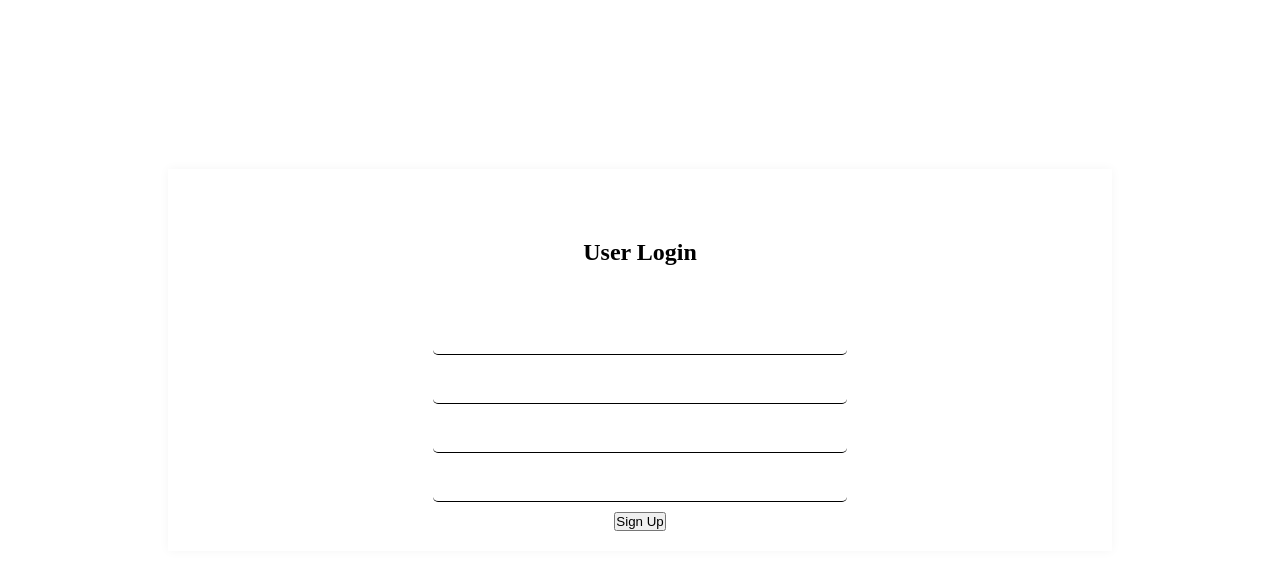
Repository: devSkhandelwal/job-search
Page: /login
These files come from the project's save history. The page is drawn as it stood at one moment and after the next save; the edit follows.
The browser window is 1280 px wide. The pictures show the whole page.
The project was rebuilt for these pictures with package versions that can differ from the ones it lists, and the page was loaded fresh each time. Also part of the build but not shown: src/actions/jobAction.js, src/components/FormElement/ApplyForm.js, src/containers/JobDetailsContainer.js, src/containers/JobFilterContainer.js, src/components/JobItem.js, src/components/JobList.js, src/containers/JobListContainer.js.

Above is the page before, as saved 2021-05-04 09:29:03.

### src/index.js
import React from 'react';
import ReactDOM from 'react-dom';
import './index.css';
import App from './App';
import {Provider} from 'react-redux'
import store from './store';

ReactDOM.render(
    <Provider store={store}>
      <App />
    </Provider>,
  document.getElementById('root')
);

### src/index.css
*{
  margin: 0;
  padding: 0;
  box-sizing: border-box;
}

.container{
  width: 100%;
  padding: 0 50px;
  display: flex;
  flex-direction: column;
  align-items: center;
  justify-content: center;
}

### src/App.js
import {BrowserRouter as Router, Route, Switch} from 'react-router-dom';
import JobDetailsContainer from './containers/JobDetailsContainer';
import JobFilterContainer from './containers/JobFilterContainer';
import JobListContainer from './containers/JobListContainer';
import LoginContainer from './containers/LoginContainer';

function App() {
  return (
    <Router>
      <Switch>
        <Route path="/login" component = {LoginContainer}/>
        <Route path="/job/filter" component={JobFilterContainer}/>
        <Route path="/jobs" component={JobListContainer} />
        <Route path="/job/details/:jobId" component={JobDetailsContainer}/>
      </Switch>
    </Router>
  );
}

export default App;

### src/store.js
import {combineReducers,createStore,applyMiddleware} from 'redux';
import thunk from 'redux-thunk';
import {composeWithDevTools} from 'redux-devtools-extension'
import { userLoginReducer } from './reducers/userReducer';
import { jobDetailsReducer, jobListReducer } from './reducers/jobReducers';


const reducers = combineReducers({
    login:userLoginReducer,
    jobList:jobListReducer,
    jobDetails:jobDetailsReducer
});

const userFromStorage = localStorage.getItem('userInfo') ? JSON.parse(localStorage.getItem('userInfo')) :null

const initialState = {
    login:{userInfo:userFromStorage}
}


const middleware = [thunk]


const store = createStore(
    reducers,
    initialState,
    composeWithDevTools(applyMiddleware(...middleware))
)

export default store;

### src/containers/LoginContainer.js
import React, { useState,useEffect } from 'react';
import {useDispatch,useSelector} from 'react-redux'
import {useHistory} from 'react-router-dom'

import { userLoginAction } from '../actions/userActions';
import Card from '../components/Card/Card';
import './LoginContainer.css'
import Button from '../components/FormElement/Button'
import Input from '../components/FormElement/Input'

const LoginContainer = () => {

    const [name,setName] = useState('');
    const [email,setEmail] = useState('');
    const [password,setPassword] = useState('');
    const [confirmPassword,setConfirmPassword] = useState('');
    const [message,setMessage] = useState('')



    const history = useHistory();
    const dispatch = useDispatch();
    const user = useSelector(state=>state.login);

    const {userInfo,loading,error} = user;
    console.log(user)


    useEffect(()=>{
        if(userInfo){
            history.push('/')
        }
    },[userInfo,history])

    const submitHandler = (e) => {
        e.preventDefault();
        if(name === '' || email ==='' || password === '' || confirmPassword === '' ){
            setMessage('Required all fields')
        }

        if(password === confirmPassword){
            setMessage('Password does not match')
        }

        dispatch(userLoginAction(name,email))



    }

    return (
        <div className="container login__container">
            <Card>
                <h2>User Login </h2>
                <form onSubmit={submitHandler} className="form">
                    <Input
                        element="input"
                        id="name"
                        name="Name"
                        type="text"
                        value={name}
                        onChange={(e)=>setName(e.target.value)}
                    />
                    <Input
                        element="input"
                        id="email"
                        name="Email"
                        type="email"
                        value={email}
                        onChange={(e)=>setEmail(e.target.value)}
                    />
                    <Input
                        element="input"
                        id="password"
                        name="Password"
                        type="password"
                        value={password}
                        onChange={(e)=>setPassword(e.target.value)}
                    />
                    <Input
                        element="input"
                        id="confirmPassword"
                        name="Confirm Password"
                        type="password"
                        value={confirmPassword}
                        onChange={(e)=>setConfirmPassword(e.target.value)}
                    />
                    <Button>
                        Sign Up
                    </Button>
                </form>
            </Card>
        </div>
    )
}

export default LoginContainer

### src/reducers/userReducer.js
import { USER_LOGIN_FAIL, USER_LOGIN_REQUEST, USER_LOGIN_SUCCESS } from "../constants/userConstants";

export const userLoginReducer = (state={},action) => {
    switch(action.type){
        case USER_LOGIN_REQUEST:
            return {
                loading:true
            }
        case USER_LOGIN_SUCCESS:
            return{
                loading:false,
                userInfo:action.payload
            }
        case USER_LOGIN_FAIL:
            return{
                loading:false,
                error:action.payload
            }
        default:
            return state
    }
}

### src/reducers/jobReducers.js
import { JOB_DETAILS_FAIL, JOB_DETAILS_REQUEST, JOB_DETAILS_SUCCESS, JOB_LIST_FAIL, JOB_LIST_REQUEST, JOB_LIST_SUCCESS } from "../constants/jobsConstants";

export const jobListReducer = (state={jobs:[]},action) => {
    switch(action.type){
        case JOB_LIST_REQUEST:
            return {loading:true,jobs:[]};
        case JOB_LIST_SUCCESS:
            return {
                loading:false,
                jobs:action.payload
            }
        case JOB_LIST_FAIL:
            return {
                loading:false,
                error:action.payload
            }
        default:
            return state
    };
};



export const jobDetailsReducer = (state={job:{}},action) => {
    switch(action.type){
        case JOB_DETAILS_REQUEST:
            return {loading:true};
        case JOB_DETAILS_SUCCESS:
            return {
                loading:false,
                job:action.payload
            }
        case JOB_DETAILS_FAIL:
            return {
                loading:false,
                error:action.payload
            }
        default:
            return state
    };
};

### src/components/FormElement/Button.js
import React from 'react';
import './Button.css'

const Button = ({type,varient,children}) => {
    return (
        <>
            <button type={type} className={`button ${varient}`}>
                {children}
            </button>
        </>
    )
}

export default Button

### src/components/FormElement/Input.js
import React from 'react';

import './Input.css'

const Input = ({element,onChange,value,type,name,id}) => {

    const inputElement = element === 'input' ? (
        <input
            id={id}
            name={name}
            type={type}
            value={value}
            onChange={onChange}
        />
    ):null

    return (
        <div className="form-group">
            {inputElement}
        </div>
    )
}

export default Input

### src/actions/userActions.js
import {v4 as uuidV4} from 'uuid';

import { USER_LOGIN_FAIL, USER_LOGIN_REQUEST, USER_LOGIN_SUCCESS } from "../constants/userConstants"

export const userLoginAction = (name,email) => async(dispatch) => {
    try{
        dispatch({
            type:USER_LOGIN_REQUEST
        });

        const user= {
            id:uuidV4(),
            name,
            email
        }

        dispatch({
            type:USER_LOGIN_SUCCESS,
            payload:user
        });

        localStorage.setItem('userInfo',JSON.stringify(user))

    }catch(err){
        dispatch({
            type:USER_LOGIN_FAIL,
            payload:err
        })
    }

}

### src/components/Card/Card.js
import React from 'react';

import './Card.css'

const Card = ({children}) => {
    return (
        <div className="card">
            {children}
        </div>
    )
}

export default Card

### src/containers/LoginContainer.css
.form{
    display: flex;
    flex-direction: column;
    align-items: center;
    width: 100%;
}

.login__container{
    height: 100vh;
}

.login__container h2{
    text-align: center;
    margin: 50px 0;
}

### src/constants/userConstants.js

export const USER_LOGIN_REQUEST = 'USER_LOGIN_REQUEST'
export const USER_LOGIN_SUCCESS = 'USER_LOGIN_SUCCESS';
export const USER_LOGIN_FAIL = 'USER_LOGIN_FAIL';

### src/constants/jobsConstants.js
export const JOB_LIST_REQUEST = "JOB_LIST_REQUEST";
export const JOB_LIST_SUCCESS = "JOB_LIST_SUCCESS";
export const JOB_LIST_FAIL = "JOB_LIST_FAIL";



export const JOB_DETAILS_REQUEST = "JOB_DETAILS_REQUEST";
export const JOB_DETAILS_SUCCESS = "JOB_DETAILS_SUCCESS";
export const JOB_DETAILS_FAIL = "JOB_DETAILS_FAIL";

### src/components/FormElement/Button.css
.button{
    width: ;
}

### src/components/FormElement/Input.css
.form-group{
    width: 70%;
    margin:10px 0;
    display: flex;
    justify-content: center;
}

.form-group input{
    border: none;
    outline: none;
    border-bottom:1px black solid ;
    padding:5px 10px;
    font-size: 16px;
    width: inherit;
    border-radius:5px;

}

### src/components/Card/Card.css
.card{
    width: 80%;
    box-shadow: 0px 0px 10px whitesmoke;
    padding: 20px 50px;

}

.card:hover{
    box-shadow: 0px 0px 30px whitesmoke;
}

Loaded but not shown: public/index.html (common file)

After the next save:
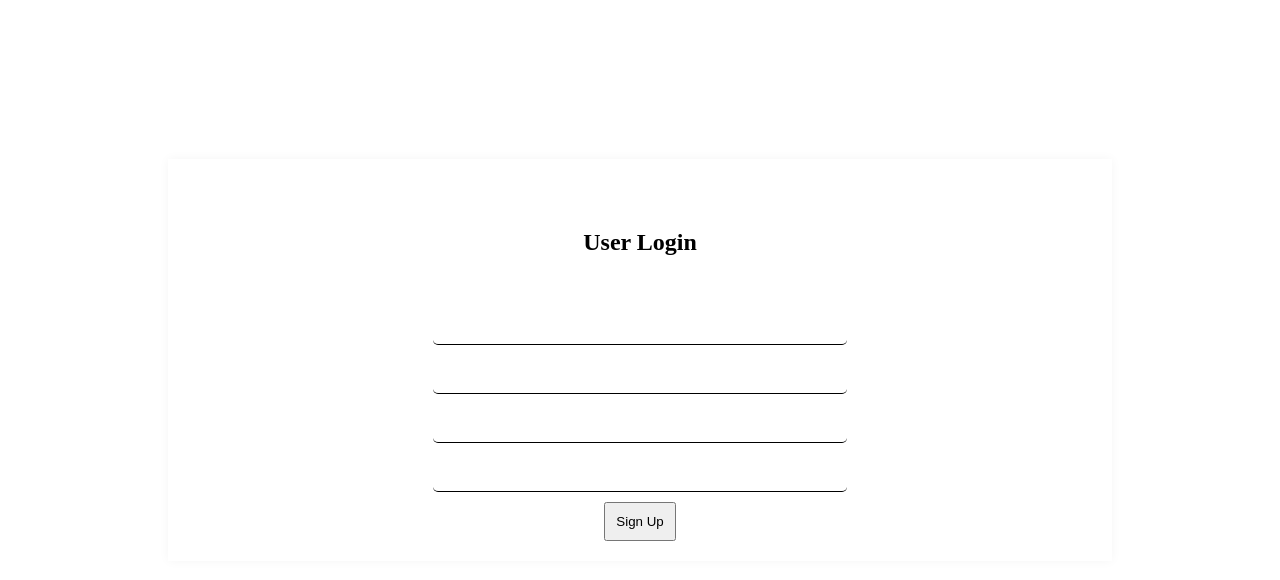
Saved 40 s later.
--- a/src/components/FormElement/Button.css
+++ b/src/components/FormElement/Button.css
@@ -1,3 +1,3 @@
 .button{
-    width: ;
+    padding: 10px;
 }
